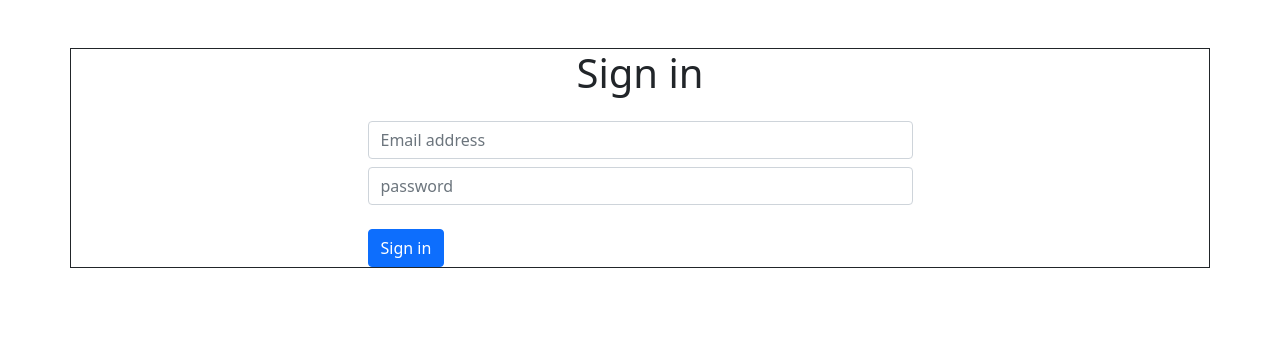
Repository: paresh-art/MyWebsite
Page: http://localhost/com.website/signIn.jsp
The author's editor kept a copy of each file at every save. The page is drawn from the files as they stood at one save, then again after the next save.
The browser window is 1280 px wide. The pictures show the whole page.
The page is served by Tomcat 9. Other server files are loaded and not shown.

Above is the page before, as saved 2022-11-08 08:44:07.

### com.website/src/main/webapp/signIn.jsp
<%@ page language="java" contentType="text/html; charset=UTF-8"
	pageEncoding="UTF-8"%>
<!DOCTYPE html>
<html>
<head>
<meta charset="UTF-8">
<!-- Required meta tags -->
<meta charset="utf-8">
<meta name="viewport" content="width=device-width, initial-scale=1">
<!-- Bootstrap CSS -->
<link
	href="https://cdn.jsdelivr.net/npm/bootstrap@5.0.2/dist/css/bootstrap.min.css"
	rel="stylesheet"
	integrity="sha384-EVSTQN3/azprG1Anm3QDgpJLIm9Nao0Yz1ztcQTwFspd3yD65VohhpuuCOmLASjC"
	crossorigin="anonymous">

<title>Sign in Page</title>
</head>
<body>
	<div class="container mt-5 border border-dark">
		<h1 class="mx-auto text-center">Sign in</h1>
		<form action="home.jsp" class="mt-4" method="post">
			<div class="row">
				<div class="col-lg-6 col-md-8 col-sm-12 mx-auto text-light">
					<input type="text" class="form-control" placeholder="Email address"
						name="email">
				</div>
			</div>

			<div class="row mt-2">
				<div class="col-lg-6 col-md-8 col-sm-12 mx-auto text-light">
					<input type="password" class="form-control" placeholder="password"
						name="password">
				</div>
			</div>
			<br>
			<div class="row">
				<div class="col-lg-6 col-md-8 col-sm-12 mx-auto text-light">
					<button class="btn btn-primary " type="submit">Sign in</button>
				</div>

			</div>
		</form>
	</div>

<!-- Optional JavaScript; choose one of the two! -->

	<!-- Option 1: Bootstrap Bundle with Popper -->
	<script
		src="https://cdn.jsdelivr.net/npm/bootstrap@5.0.2/dist/js/bootstrap.bundle.min.js"
		integrity="sha384-MrcW6ZMFYlzcLA8Nl+NtUVF0sA7MsXsP1UyJoMp4YLEuNSfAP+JcXn/tWtIaxVXM"
		crossorigin="anonymous"></script>

	<!-- Option 2: Separate Popper and Bootstrap JS -->
	<!--
    <script src="https://cdn.jsdelivr.net/npm/@popperjs/core@2.9.2/dist/umd/popper.min.js" integrity="sha384-IQsoLXl5PILFhosVNubq5LC7Qb9DXgDA9i+tQ8Zj3iwWAwPtgFTxbJ8NT4GN1R8p" crossorigin="anonymous"></script>
    <script src="https://cdn.jsdelivr.net/npm/bootstrap@5.0.2/dist/js/bootstrap.min.js" integrity="sha384-cVKIPhGWiC2Al4u+LWgxfKTRIcfu0JTxR+EQDz/bgldoEyl4H0zUF0QKbrJ0EcQF" crossorigin="anonymous"></script>
    -->



</body>
</html>

After the next save:
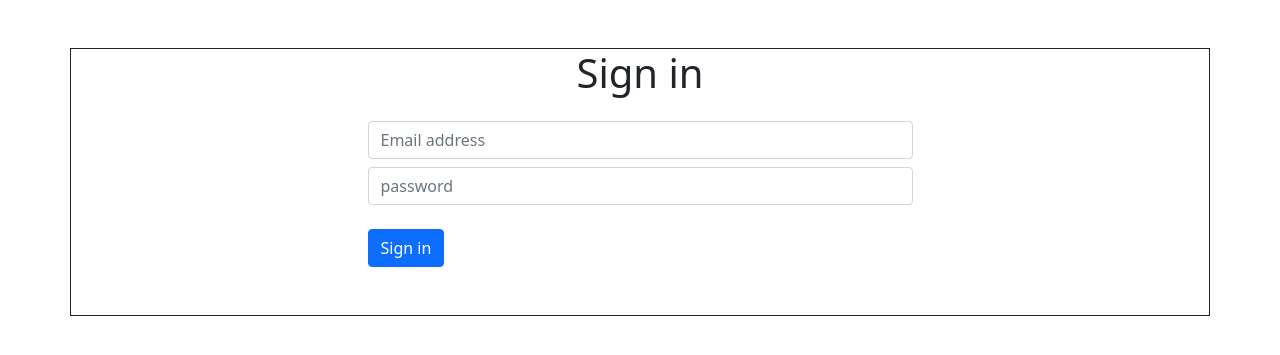
Saved 58 s later.
--- a/com.website/src/main/webapp/signIn.jsp
+++ b/com.website/src/main/webapp/signIn.jsp
@@ -34,7 +34,7 @@
 				</div>
 			</div>
 			<br>
-			<div class="row">
+			<div class="row mb-5">
 				<div class="col-lg-6 col-md-8 col-sm-12 mx-auto text-light">
 					<button class="btn btn-primary " type="submit">Sign in</button>
 				</div>
